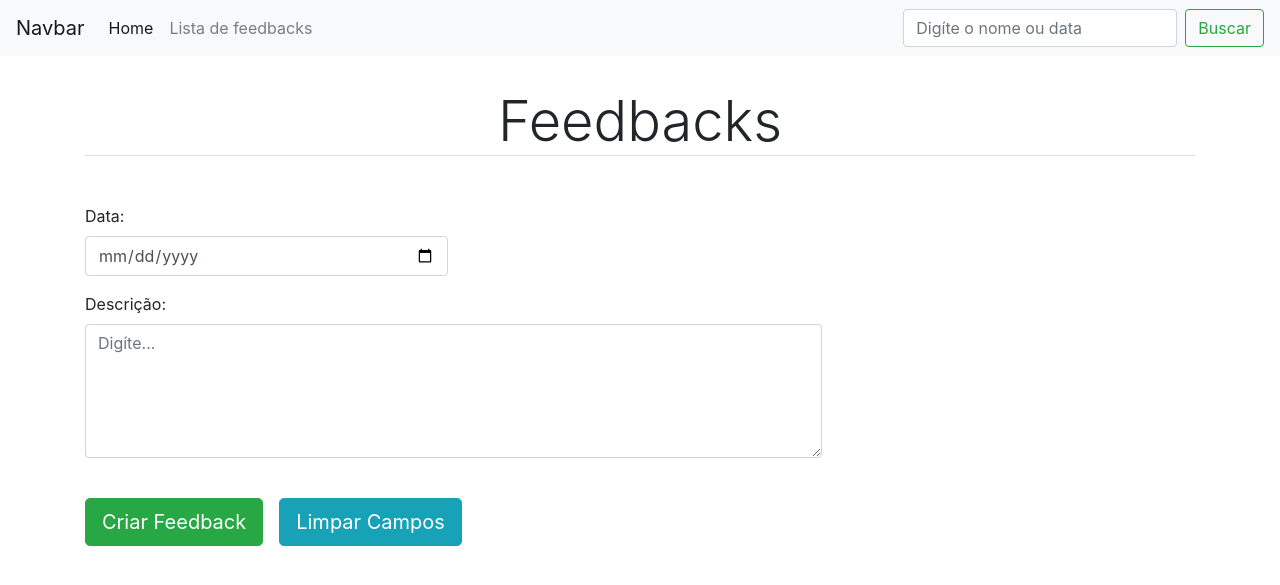
Repository: JulioSantooz/maisViagensSegundaVersao
Page: java-web(eclipse)/java-crud-mais-viagens/src/main/webapp/descricao.html
These files come from the project's save history. The page is drawn as it stood at one moment and after the next save; the edit follows.
The browser window is 1280 px wide. The pictures show the whole page.
Some web libraries are served in a nearby version.

Above is the page before, as saved 2022-02-06 15:28:21.

After the next save:
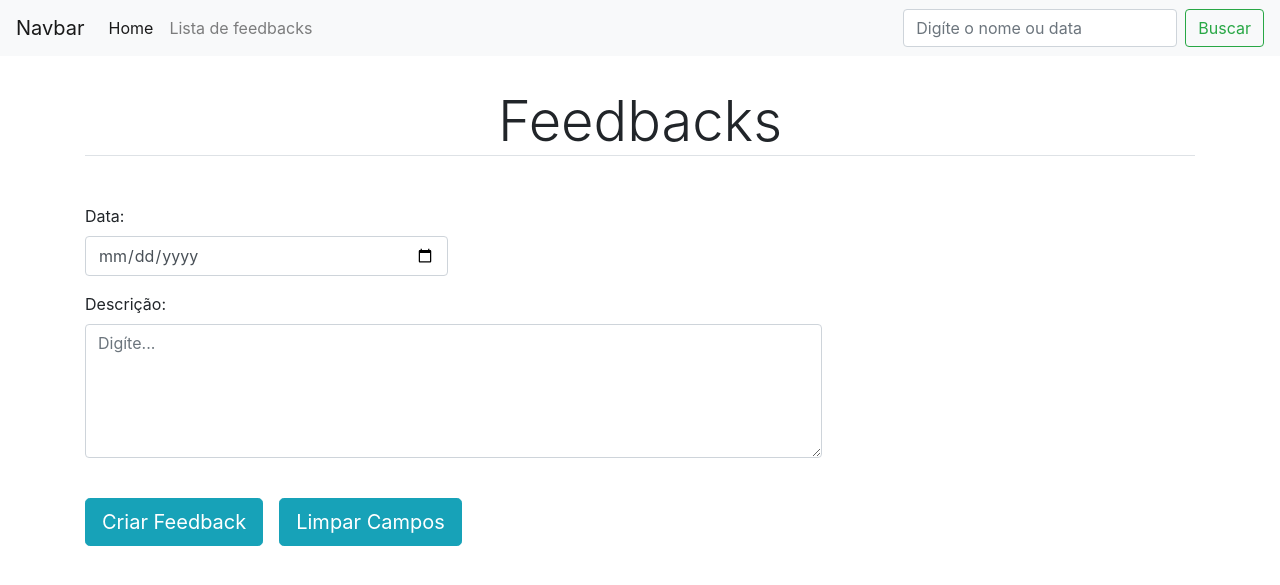
Saved 16 s later.
--- a/java-web(eclipse)/java-crud-mais-viagens/src/main/webapp/descricao.html
+++ b/java-web(eclipse)/java-crud-mais-viagens/src/main/webapp/descricao.html
@@ -44,7 +44,7 @@
                         <textarea name="descricao" maxlength="300" class="form-control" id="" rows="5" placeholder="Digíte..."></textarea>
                     </div>
                 </div>
-                <button type="submit" class="btn btn-lg btn-success my-4 float-left">Criar Feedback</button>
+                <button type="submit" class="btn btn-lg btn-info my-4 float-left">Criar Feedback</button>
                 <button type="reset" class="btn btn-lg btn-info ml-3 my-4 float-left">Limpar Campos</button>
             </form>
 		</div>
